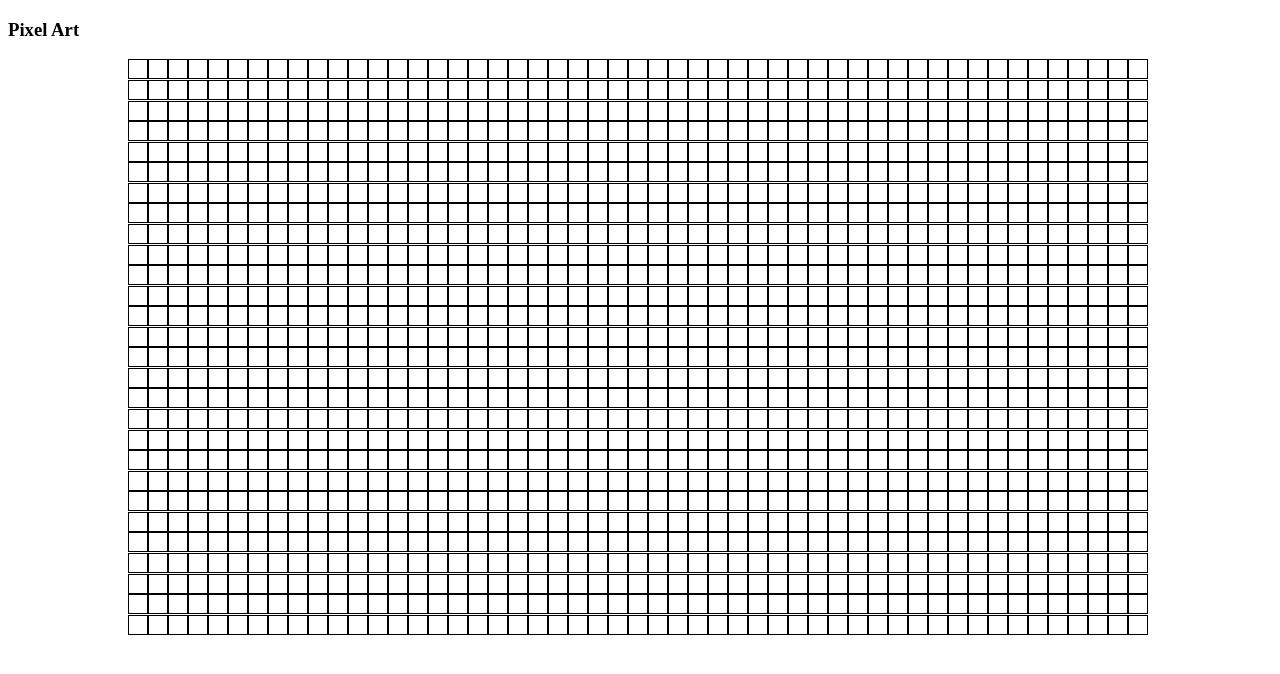
Repository: bechara611/pixelartdb
Page: /
These files come from the project's save history. The page is drawn as it stood at one moment and after a run of saves; the edit follows.
The browser window is 1280 px wide. The pictures show the whole page.
The project was rebuilt for these pictures with package versions that can differ from the ones it lists, and the page was loaded fresh each time. Also part of the build but not shown: vite.config.js.

Above is the page before, as saved 2023-03-05 20:42:31.

### src/main.jsx
import React from 'react'
import ReactDOM from 'react-dom/client'
import App from './App'


ReactDOM.createRoot(document.getElementById('root')).render(

    <App />

)

### src/App.jsx

import { useEffect, useState } from 'react'
import './App.css'
import { Pixel } from './Pixel'

const App=()=> {
  const [tamano, settamano] = useState({
    t:10,
    h:1,
    w:1
  })
const  [pixels, setPixels] = useState([])

useEffect(() => {
  let contenedor = document.getElementById('contenedor')
let divsAloAlto = Math.floor(contenedor.offsetHeight/20)
let divsAlOancho = Math.floor(contenedor.offsetWidth/20);
//para saber cuantos divs necesita un contenedor multiplica el numero de divs a lo alto * el numero de divds a lo ancho
setPixels(Array.from({length:divsAloAlto*divsAlOancho}))
}, [])

const funcionArray=(index)=>{
  let nuevoArray = [...pixels]
  console.log(index)
 console.log(!nuevoArray[index])
}

  return (
    <>
      <h3>Pixel Art</h3>
    <div className="contenedor-mayor">
      <div className="contenedor" id='contenedor'>
      {
        pixels.map((a,index)=>{
          return <Pixel key={index}
                  funcion={()=>funcionArray(index)}
          ></Pixel>
        })
      }

      </div>
      </div>
    </>
  )
}

export default App

### src/App.css
.contenedor-mayor{
  display: flex;
  flex-direction: row;
  justify-content: center;
  justify-self: center;
  align-items: center;
}

.pixel {
  width: 20px;
  height: 20px;
  border: 1px solid black;

  box-sizing: border-box;

}

.active {
  background: green;
}

.contenedor {

  display: flex;
  flex-direction: row;
  flex-wrap: wrap;
  width: 80vw;
  height: 80vh;
  max-width: 80vw;
  max-height: 80vh;



}

### src/Pixel.jsx
import React, { useState } from 'react'
import './App.css'
import {selectableGroup, createSelectable} from 'react-selectable-fast'
export const Pixel = (props) => {
    const [isActive, setisActive] = useState(false)
  return (

 <div className={`pixel ${props.active ? 'active' : ''}`} style={{ background:props.active ? props.color : ''}}
 onClick={()=>{
    setisActive(!isActive)
    props.funcion();
}}
onMouseDown={()=>{props.onMouseDown()}}
onMouseUp={()=>{props.onMouseUp()}}
onTouchEnd={()=>{props.onMouseUp()}}
onMouseOver={()=>{props.onMouseOver()}}
onTouchStart={()=>{{
    props.onMouseDown()
    props.onMouseOver()}}}
 >

 </div>
  )
}

Loaded but not shown: index.html (common file)

After the next 2 saves:
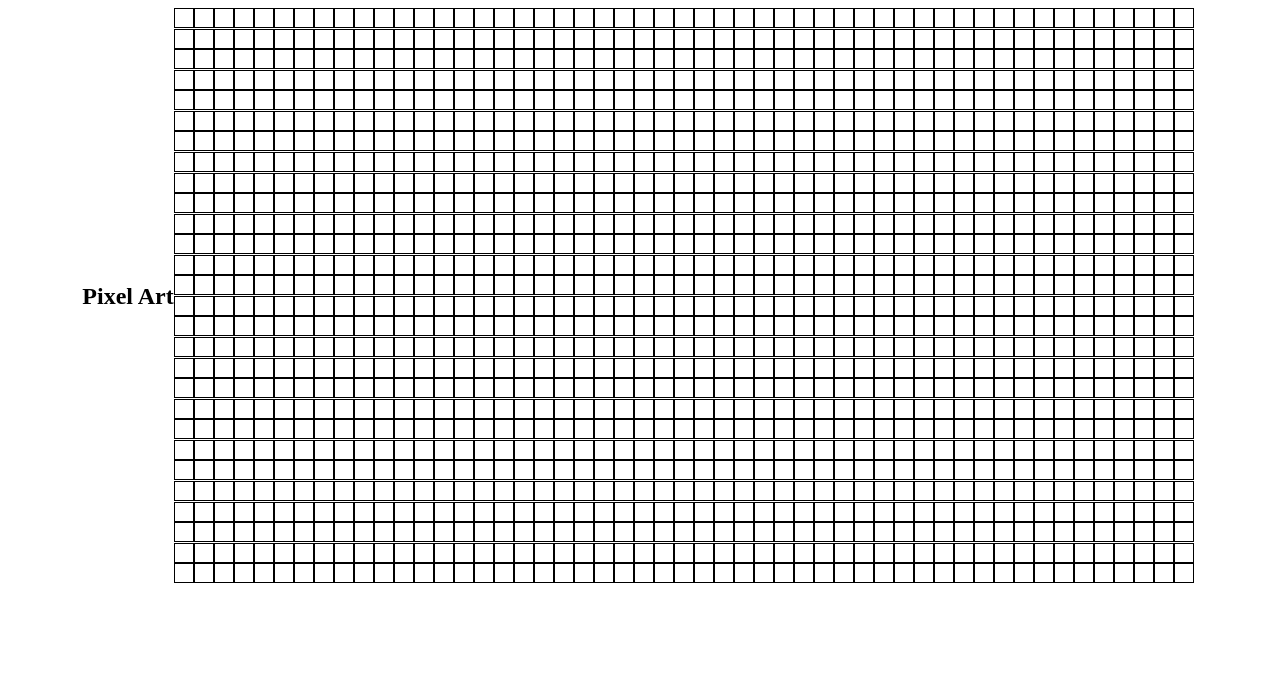
The 2 saves are shown as one change because they came seconds apart.
The last was saved 11 s later.
--- a/src/App.jsx
+++ b/src/App.jsx
@@ -27,8 +27,9 @@ const funcionArray=(index)=>{
 
   return (
     <>
-      <h3>Pixel Art</h3>
+
     <div className="contenedor-mayor">
+    <h2>Pixel Art</h2>
       <div className="contenedor" id='contenedor'>
       {
         pixels.map((a,index)=>{
